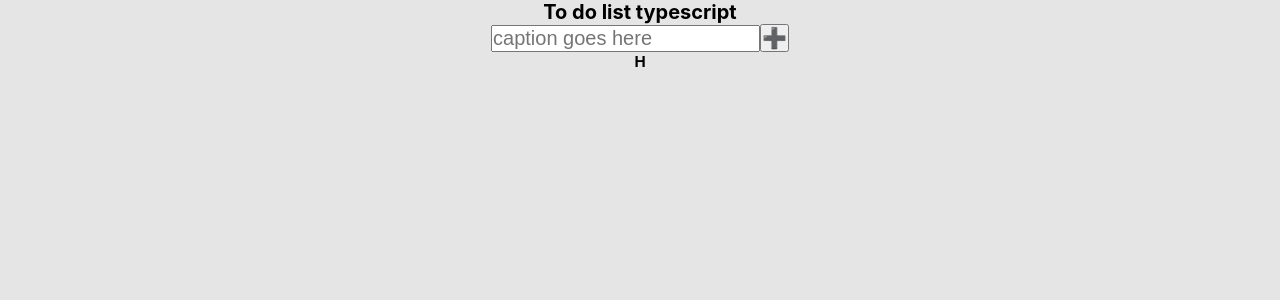
Repository: Nhatktvn/TodoListReactTs
Page: /
The author's editor kept a copy of each file at every save. The page is drawn from the files as they stood at one save, then again after the next save.
The browser window is 1280 px wide. The pictures show the whole page.
The project was rebuilt for these pictures with package versions that can differ from the ones it lists, and the page was loaded fresh each time. Also part of the build but not shown: src/components/TaskList/tasklist.module.scss.

Above is the page before, as saved 2023-11-08 08:30:30.

After the next save:
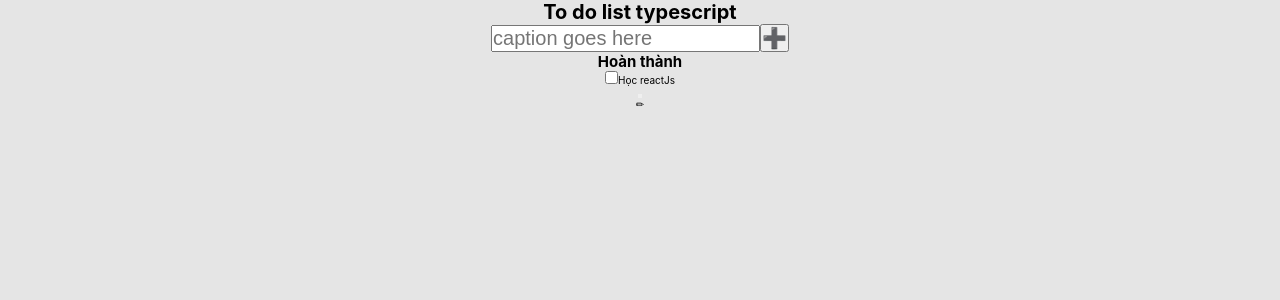
Saved 4 min 45 s later.
--- a/src/components/TaskList/TaskList.tsx
+++ b/src/components/TaskList/TaskList.tsx
@@ -3,7 +3,17 @@ import styles from './tasklist.module.scss'
 export default function TaskList() {
   return (
     <div>
-      <h2 className={styles.title}>H</h2>
+      <h2 className={styles.title}>Hoàn thành</h2>
+      <div className={styles.tasks}>
+        <div className={styles.task}>
+          <input type='checkbox' />
+          <span>Học reactJs</span>
+          <div className={styles.taskAction}>
+            <button className={styles.btnEdit}></button>
+          </div>
+          ✏
+        </div>
+      </div>
     </div>
   )
 }
